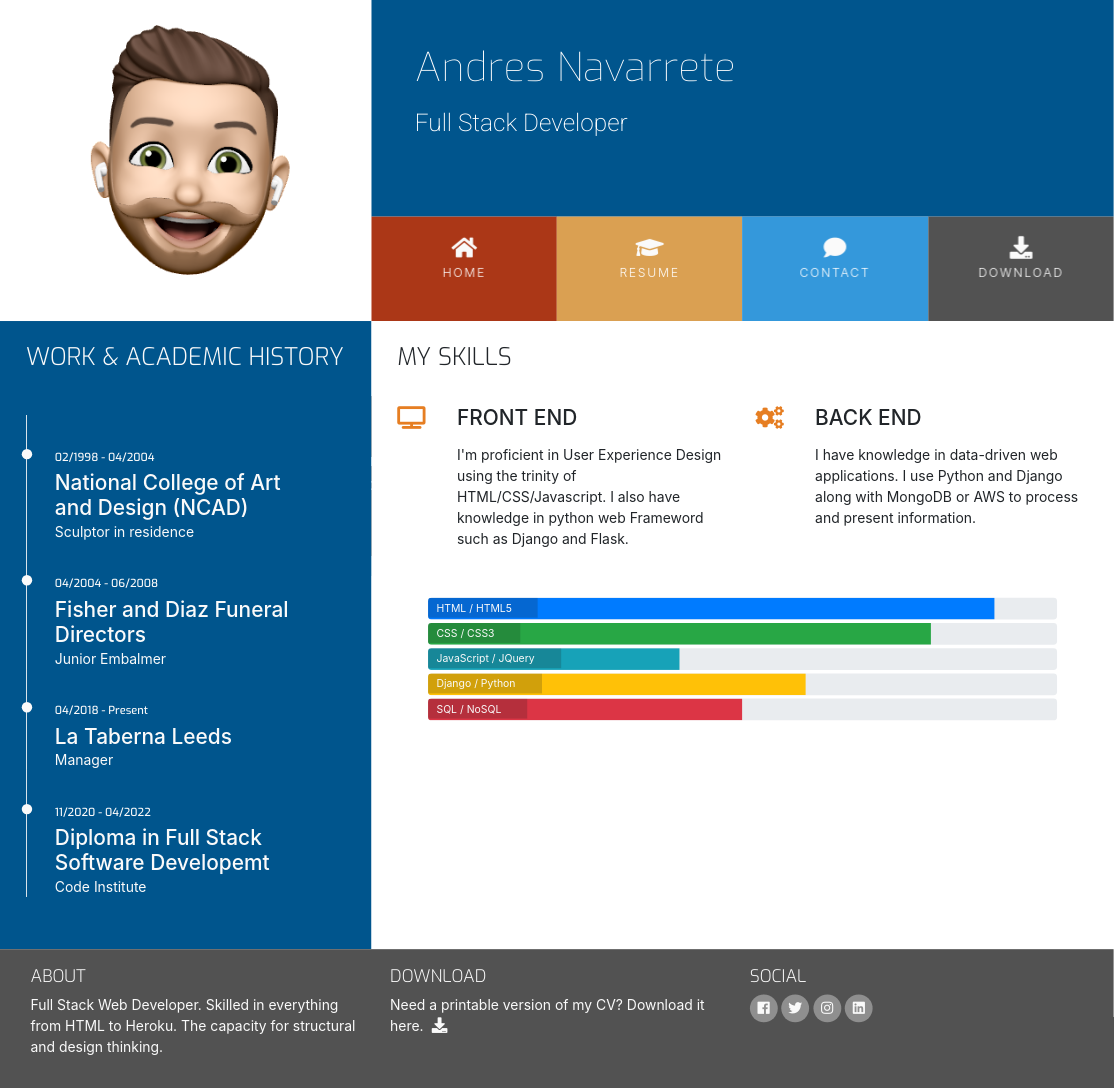
Repository: andna5980/cloud9-workspace
Page: resume.html
The author's editor kept a copy of each file at every save. The page is drawn from the files as they stood at one save, then again after the next save.
The browser window is 1280 px wide. The pictures show the whole page, at 87% of full size.
Some web libraries are served in a nearby version.

Above is the page before, as saved 2022-04-24 10:16:41.

### resume.html
<!DOCTYPE html>
<html lang="en">

<head>
    <meta charset="UTF-8">
    <meta name="viewport" content="width=device-width, initial-scale=1.0">
    <link rel="stylesheet" href="https://maxcdn.bootstrapcdn.com/bootstrap/4.2.1/css/bootstrap.min.css"
        type="text/css" />
    <link rel="stylesheet" href="https://use.fontawesome.com/releases/v5.0.10/css/all.css"
        integrity="sha384-+d0P83n9kaQMCwj8F4RJB66tzIwOKmrdb46+porD/OvrJ+37WqIM7UoBtwHO6Nlg" crossorigin="anonymous" />
    <link rel="stylesheet" href="https://cdnjs.cloudflare.com/ajax/libs/hover.css/2.3.1/css/hover-min.css">
    <link rel="stylesheet" href="./resume-project/assets/css/style.css" type="text/css">
    <title>Andy</title>
</head>

<body>
    <header>
        <div class="row no-gutters">
            <a href="index.html" class="col-md-4 logo">

            </a>
            <div class="col-md-8">
                <div class="row no-gutters bg-color-name-title">
                    <div class="col heading">
                        <h1 class="name">Andres Navarrete</h1>
                        <h2 class="title">Full Stack Developer</h2>

                    </div>
                </div>
                <div class="row no-gutters">
                    <div class="col">
                        <ul id="nav" class="list-inline menucontainer">
                            <li class="col-6 col-sm-3 ui-menu-color-home list-inline-item menuitem">
                                <a href="index.html" class="hvr-sweep-to-bottom"><i class="fa fa-home"
                                        aria-hidden="true"></i><span>Home</span></a>
                            </li>
                            <li class="col-6 col-sm-3 ui-menu-color-resume list-inline-item menuitem">
                                <a href="resume.html" class="hvr-sweep-to-bottom"><i class="fa fa-graduation-cap"
                                        aria-hidden="true"></i><span>Resume</span></a>
                            </li>
                            <li class="col-6 col-sm-3 ui-menu-color-contact list-inline-item menuitem">
                                <a href="contact.html" class="hvr-sweep-to-bottom"><i class="fa fa-comment"
                                        aria-hidden="true"></i><span>Contact</span></a>
                            </li>
                            <li class="col-6 col-sm-3 ui-menu-color-download list-inline-item menuitem">
                                <a href="/resume-project/assets/cv/Rodrigo-Andres-Navarrete-cv.pdf" target="_blank" class="hvr-sweep-to-bottom"><i class="fa fa-download"
                                        aria-hidden="true"></i><span>Download</span></a>
                            </li>
                        </ul>
                    </div>
                </div>

            </div>
        </div>

    </header>

    <section class="container-fluid">
        <div class="row">
            <div class="col-md-4 bg-color-work-history section-column">
                <div class="row">
                    <div class="col-12">
                        <h3 class="history-heading uppercase">
                            Work & Academic History
                        </h3>
                    </div>
                </div>
                <div class="history-items">
                    <div class="timeline-item" data-dates="02/1998 - 04/2004">
                        <h4>National College of Art and Design (NCAD)</h4>
                        <p>Sculptor in residence</p>
                    </div>
                    <div class="timeline-item" data-dates="04/2004 - 06/2008">
                        <h4>Fisher and Diaz Funeral Directors</h4>
                        <p>Junior Embalmer</p>
                    </div>
                    <div class="timeline-item" data-dates="04/2018 - Present">
                        <h4>La Taberna Leeds</h4>
                        <p>Manager</p>
                    </div>
                    <div class="timeline-item" data-dates="11/2020 - 04/2022">
                        <h4>Diploma in Full Stack Software Developemt</h4>
                        <p>Code Institute</p>
                    </div>
                </div>
            </div>
            <div class="col-md-8 bg-color-three-reasons section-column">
                <div class="row">
                    <div class="col">
                        <h3 class="section-heading uppercase">My Skills</h3>
                    </div>
                </div>
                <div class="row">
                    <div class="col-10 offser-1 offset-sm-0 col-sm-4 col-md-6">
                        <div class="row">
                            <div class="col-2">
                                <i class="three-reasons-icon fa fa-tv" aria-hidden="true"></i>
                            </div>
                            <div class="col-10">
                                <h4 class="three-reasons-heading uppercase">Front End</h4>
                                <p>
                                    I'm proficient in User Experience Design using the trinity of HTML/CSS/Javascript.
                                    I also have knowledge in python web Frameword such as Django and Flask.
                                </p>
                            </div>
                        </div>
                    </div>
                    <div class="col-10 offser-1 offset-sm-0 col-sm-4 col-md-6">
                        <div class="row">
                            <div class="col-2">
                                <i class="three-reasons-icon fa fa-cogs" aria-hidden="true"></i>
                            </div>
                            <div class="col-10">
                                <h4 class="three-reasons-heading uppercase">Back End</h4>
                                <p>
                                    I have knowledge in data-driven web applications.
                                    I use Python and Django along with MongoDB or AWS to process and present information.
                                </p>
                            </div>
                        </div>
                    </div>

                </div>
                <div class="row progress-section">
                    <div class="col">
                        <div class="progress">
                             <div class="progress-bar" role="progressbar" aria-valuenow="90" aria-valuemin="0" aria-valuemax="100" style="width:90%">
                                <span class="sr-only">90% complete</span>
                             </div>
                             <span class="progress-type">HTML / HTML5</span>
                        </div>
                        <div class="progress">
                             <div class="progress-bar bg-success" role="progressbar" aria-valuenow="80" aria-valuemin="0" aria-valuemax="100" style="width:80%">
                                <span class="sr-only">80% complete</span>
                             </div>
                             <span class="progress-type">CSS / CSS3</span>
                        </div>
                        <div class="progress">
                             <div class="progress-bar bg-info" role="progressbar" aria-valuenow="70" aria-valuemin="0" aria-valuemax="100" style="width:40%">
                                <span class="sr-only">40% complete</span>
                             </div>
                             <span class="progress-type">JavaScript / JQuery</span>
                        </div>
                        <div class="progress">
                             <div class="progress-bar bg-warning" role="progressbar" aria-valuenow="80" aria-valuemin="0" aria-valuemax="100" style="width:60%">
                                <span class="sr-only">60% complete</span>
                             </div>
                             <span class="progress-type">Django / Python</span>
                        </div>
                        <div class="progress">
                             <div class="progress-bar bg-danger" role="progressbar" aria-valuenow="80" aria-valuemin="0" aria-valuemax="100" style="width:50%">
                                <span class="sr-only">50% complete</span>
                             </div>
                             <span class="progress-type">SQL / NoSQL</span>
                        </div>
                    </div>
                </div>
            </div>
        </div>
    </section>



    <footer class="container-fluid">
        <div id="footer-details" class="row">
            <div class="col-sm-4">
                <h5 class="uppercase general-sub">About</h5>
                <p class="inline-block">
                    Full Stack Web Developer. Skilled in everything from HTML to Heroku.
                    The capacity for structural and design thinking.
                </p>
            </div>
            <div class="col-sm-4">
                <h5 class="uppercase general-sub">Download</h5>
                <p class="inline-block">
                    Need a printable version of my CV? Download it here.
                    <a href="./resume-project/assets/cv/Rodrigo-Andres-Navarrete-cv.pdf" target="_blank" class="cv-pdf">
                        <i class="fa fa-download" aria-hidden="true"></i>
                        <span class="sr-only">Download</span>
                    </a>
                </p>

            </div>
            <div class="col-sm-4">
                <h5 class="uppercase general-sub">Social</h5>
                <ul class="list-inline social-links">
                    <li class="list-inline-item">
                        <a target="_blank" href="#">
                            <i class="fab fa-facebook" aria-hidden="true"></i>
                            <span class="sr-only">Facebook</span>
                        </a>
                    </li>
                    <li class="list-inline-item">
                        <a target="_blank" href="#">
                            <i class="fab fa-twitter" aria-hidden="true"></i>
                            <span class="sr-only">Twitter</span>
                        </a>
                    </li>
                    <li class="list-inline-item">
                        <a target="_blank" href="#">
                            <i class="fab fa-instagram" aria-hidden="true"></i>
                            <span class="sr-only">Instagram</span>
                        </a>
                    </li>
                    <li class="list-inline-item">
                        <a target="_blank" href="#">
                            <i class="fab fa-linkedin" aria-hidden="true"></i>
                            <span class="sr-only">LinkedIn</span>
                        </a>
                    </li>
                </ul>
            </div>
        </div>

    </footer>
</body>

</html>

### resume-project/assets/css/style.css
@import url('https://fonts.googleapis.com/css?family=Roboto:100,200,300,400,500,600,700|Exo:100,200,300,400,500,600,700');



/*-------------------------------------------------Colours */

.bg-color-name-title {
    background-color: #00558D;

}

.bg-color-three-reasons {
    background-color: #fff;
}

.bg-color-personal-info {
    background-color: #f4f4f4;
}

.bg-color-work-history {
    background-color: #00558D;
}

bg-color-contact {
    background-color: #fff;
}

.ui-menu-color-home{
    background-color: #AB3717;

}
.ui-menu-color-resume{
    background-color: #DAA052;

}
.ui-menu-color-contact{
    background-color: #3498db;

}
.ui-menu-color-download{
    background-color: #525252;

}

.row-table {
    display: table;
}

.section-column {
    display: table-cell;
    padding: 0 30px 30px;
    float: none;
}

.section-heading {
    font-family: "Exo", sans-serif;
    font-weight: 300;
    margin-top: 25px;
    margin-bottom: 40px;
}
/*-------------------------------------------------Special paddings/margins/text */


h1,h2,h3,h4 {
    margin: 0;
}

.uppercase {
    text-transform: uppercase;
}


.general-sub {
    font-family: "Exo", sans-serif;
    font-weight: 300;
    color: #fafafa;
}

.inline-block {
    display: inline-block;
}

.row-table {
    display: table;
}

.section-column {
    display: table-cell;
    padding: 0 30px 30px;
    float: none;
}

.history-heading,
.section-heading {
    font-family: "Exo", sans-serif;
    font-weight: 300;
    margin-top: 25px;
    margin-bottom: 40px;
}

/*-------------------------------------------------Headings */

header {
    margin: 0;
}

.heading{
    margin-left: 50px;
}

.logo {
    background: url("../images/memoji2.PNG");
    background-position: center;
    background-repeat: no-repeat;
    background-size: cover;
    min-height: 350px;
    transition: all .5s ease-in-out;
    -moz-transition:  all .5s ease-in-out;
    -webkit-transition: all .5s ease-in-out;
}

.name {
    font-family: "Exo", sans-serif;
    font-weight: 100;
    font-size: 46px;
    margin-top: 50px;
    color: #ffffff;
}

.title {
    font-family: "Roboto", sans-serif;
    font-weight: 200;
    font-size: 28px;
    margin-top: 20px;
    margin-bottom: 90px;
    color: #ffffff;
}


.list-inline-item:not(:last-child) {
    margin: 0;
}

.menucontainer {
    font-size: 0;
}

#nav {
    margin: 0;
}

#nav li {
    font-size: 14px;
    padding: 0;
}

.menuitem {
    height: 120px;
    text-align: center;
    padding: 0;

}

.menuitem a {
    width: 100%;
    text-decoration: none;
    color: #ffffff;
    height: 120px;
}

.menuitem a i{
    padding-top: 22px;
    display: block;
    color: #fafafa;
    font-size: 26px;

}

.menuitem span {
    display: block;
    width: 100%;
    padding-top: 5px;
    text-align: center;
    text-transform: uppercase;
    font-size: 14px;
    font-weight: 300;
    letter-spacing: 2px;
}

/*-------------------------------------------------Hover.css */

.hvr-sweep-to-bottom:before {
    background: rgba(0, 0, 0, 0.2);
    height: 120px;
}


/*-------------------------------------------------Footer */

footer {
    background-color: #525252;
    color: #fafafa;
    min-height: 120px;
    margin: 0;
}

.cv-pdf i {
    font-size: 18px;
    color: #fafafa;
    text-align: center;
    padding-left: 5px;
    transition: all 0.35s ease-in-out;
    -moz-transition: all 0.35s ease-in-out;
    -webkit-transition: all 0.35s ease-in-out;
    -o-transition: all 0.35s ease-in-out;
}

.cv-pdf i:hover {
    color: #e84610;
}

.social-links {
    padding-bottom: 15px;
}

.social-links li a i {
    width: 32px;
    height: 32px;
    padding: 12px 0;
    border-radius: 50%;
    line-height: 7px;
    text-align: center;
    color: #fafafa;
    background: #8f8f8f;
    transition: all 0.35s ease-in-out;
    -moz-transition: all 0.35s ease-in-out;
    -webkit-transition: all 0.35s ease-in-out;
    -o-transition: all 0.35s ease-in-out;
}

.social-links li a i:hover {
    background: #e84610;
}

#footer-details {
    padding: 20px;
}


/*-------------------------------------------------Three reasons */


.three-reasons-icon {
    font-size: 26px;
    color: #e67e22;
}

.three-reasons-heading {
    margin-bottom: 15px;

}

/* ----------------------------------------Personal Info */

.personal-info-item {
    margin-bottom: 20px;
    display: block;
    clear: both;
}

.personal-info-item .key,
.personal-info-item .value {
    padding-right: 8px;
    display: inline-block;
}

.personal-info-item .key p,
.personal-info-item .value p {
    margin: 0;
}

.personal-info-item .key {
    width: 30%;
    margin-right: 21px;
    padding-top: 2px;
    vertical-align: top;
}

.personal-info-item .key p {
    font-weight: 700;
}

.personal-info-item .value {
    position: relative;
    width: 60%;
}


/* ----------------------------------------Skills */

.progress {
    position: relative;
    height: 25px;
    margin-bottom: 4px;
}

.progress-type {
    position: absolute;
    left: 0px;
    font-weight: 400;
    padding: 3px 30px 2px 10px;
    color: #fafafa;
    background-color: rgba(25, 25, 25, 0.2);
}

.progress-section {
    margin: 40px 20px;
}


/* ----------------------------------------Work History */

.history-heading {
    color: #fafafa;
    margin-bottom: 50px;
}

.timeline-item {
    padding: 4em 2em 0em 2em;
    position: relative;
    color: #fafafa;
    border-left: 1px solid;
}

.timeline-item p {
    padding: 0;
    margin: 0;
}

.timeline-item:before {
    content: attr(data-dates);
    position: absolute;
    left: 2.5em;
    top: 3em;
    display: block;
    font-family: "Exo", sans-serif;
    font-weight: 500;
    font-size: 0.8em;
    padding: 0;
    margin: 0;
}

.timeline-item:after {
    width: 12px;
    height: 12px;
    display: block;
    top: 2.4em;
    position: absolute;
    left: -6px;
    border-radius: 12px;
    content: '';
    background: #fafafa;
}

.history-items {
    margin-bottom: 30px;
}


/* ----------------------------------------Contact Form */

.contact-heading {
    font-family: "Exo", sans-serif;
    font-weight: 300;
    margin-top: 25px;
    margin-bottom: 20px;
}

.center-form {
    padding-top: 10px;
    margin: 0 auto;
    max-width: 70%;
}

button[type="submit"] {
    margin-top: 15px;
    margin-bottom: 20px;
    color: #fafafa;
    background-color: #e84610;
}

/* ----------------------------------------Media Queries */

@media(min-width: 992px) {
    center-form {
        padding-top: 30px;
        min-height: 240px;
        margin: 0 auto;
        max-width: 50%;
    }
}

After the next save:
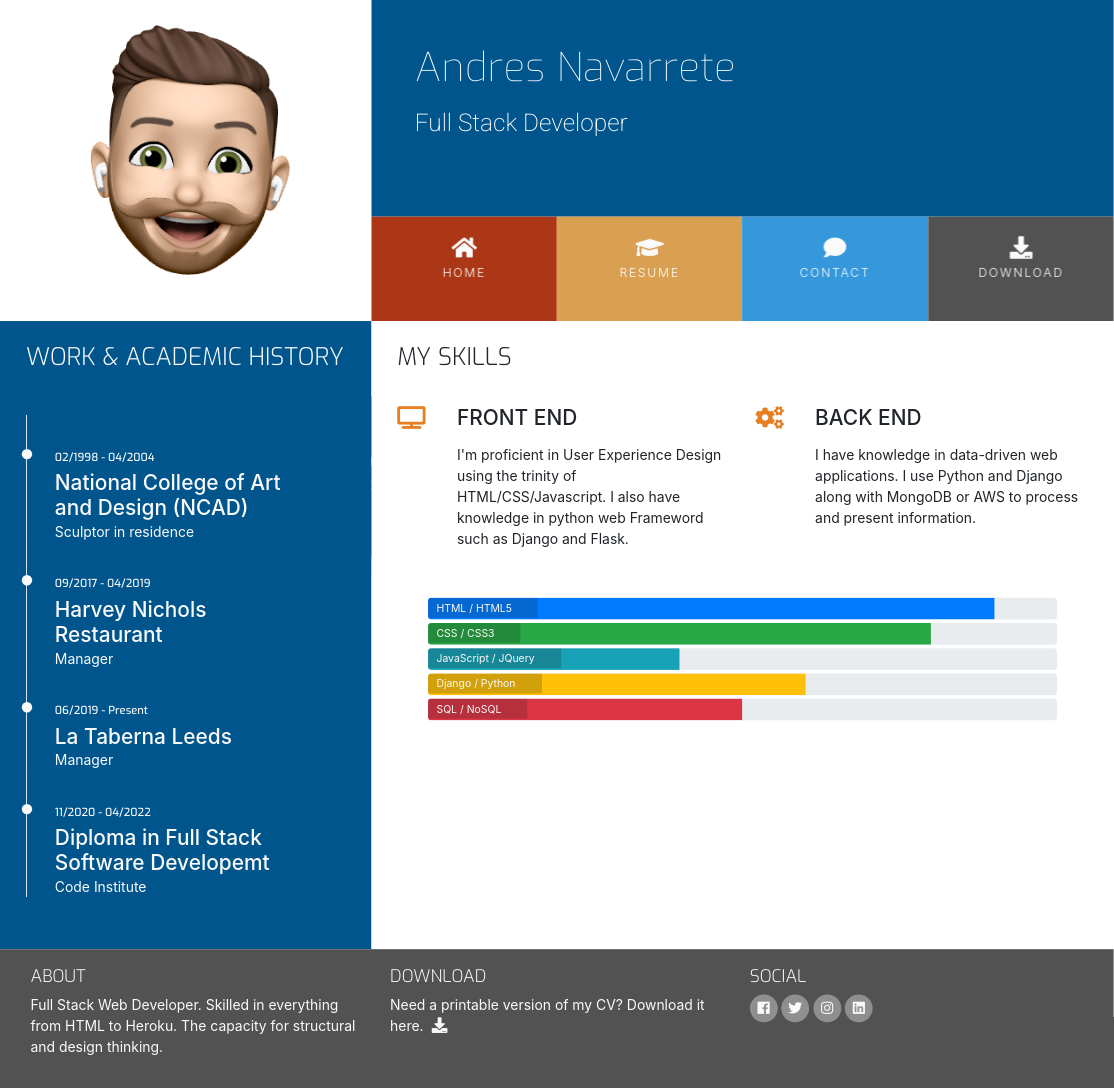
Saved 110 s later.
--- a/resume.html
+++ b/resume.html
@@ -70,11 +70,11 @@
                         <h4>National College of Art and Design (NCAD)</h4>
                         <p>Sculptor in residence</p>
                     </div>
-                    <div class="timeline-item" data-dates="04/2004 - 06/2008">
-                        <h4>Fisher and Diaz Funeral Directors</h4>
-                        <p>Junior Embalmer</p>
-                    </div>
-                    <div class="timeline-item" data-dates="04/2018 - Present">
+                    <div class="timeline-item" data-dates="09/2017 - 04/2019">
+                        <h4>Harvey Nichols Restaurant</h4>
+                        <p>Manager</p>
+                    </div>
+                    <div class="timeline-item" data-dates="06/2019 - Present">
                         <h4>La Taberna Leeds</h4>
                         <p>Manager</p>
                     </div>
